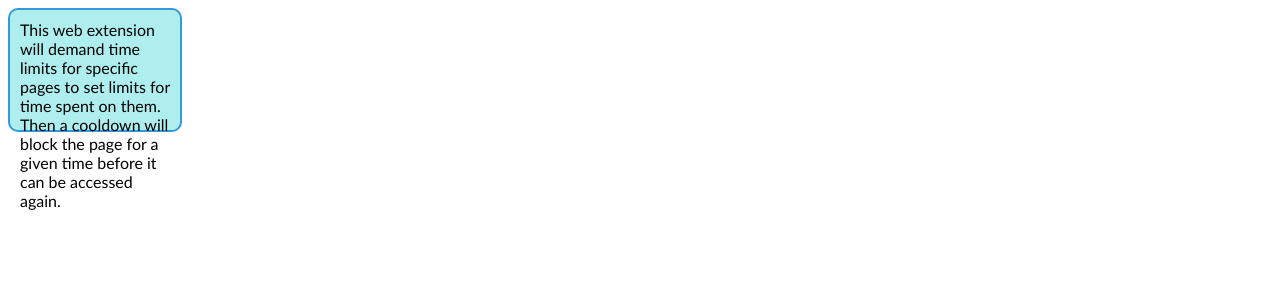
Repository: AndrlmMass/Time-management-chrome-extension
Page: popup.html
These files come from the project's save history. The page is drawn as it stood at one moment and after the next save; the edit follows.
The browser window is 1280 px wide. The pictures show the whole page.

Above is the page before, as saved 2023-08-22 15:19:28.

After the next save:
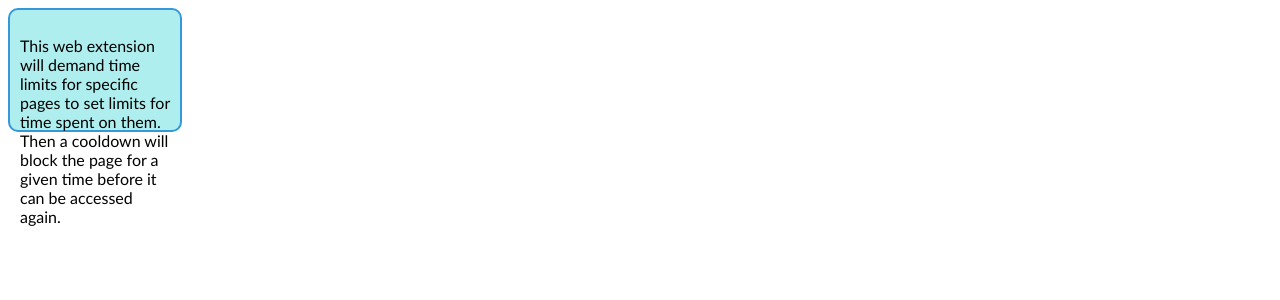
Saved 4 s later.
--- a/popup.html
+++ b/popup.html
@@ -7,7 +7,7 @@
 <body>
   <div id="popup-container">
 
-    <text> This web extension will demand time limits for specific pages to set limits for time spent on them. Then a cooldown will block the page for a given time before it can be accessed again.</text>
+    <p> This web extension will demand time limits for specific pages to set limits for time spent on them. Then a cooldown will block the page for a given time before it can be accessed again.</text>
   </div>
   <script src="popup.js"></script>
 </body>
